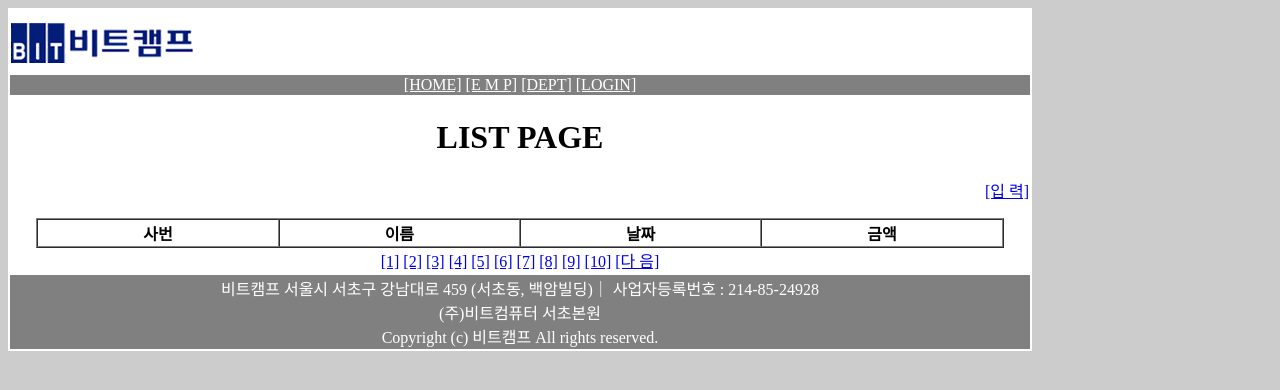
Repository: Deepsky110/LectureNotes
Page: http://localhost/web05/emp/list.jsp?page=1
These files come from the project's save history. The page is drawn as it stood at one moment and after the next save; the edit follows.
The browser window is 1280 px wide. The pictures show the whole page.
The page is served by Tomcat 9. Queries for data that is not in the repository find no rows.

Above is the page before, as saved 2020-07-03 06:07:11.

### web05/WebContent/emp/list.jsp
<%@ page language="java" contentType="text/html; charset=EUC-KR"
    pageEncoding="EUC-KR" import="java.sql.*" %>
<!DOCTYPE html PUBLIC "-//W3C//DTD HTML 4.01 Transitional//EN" "http://www.w3.org/TR/html4/loose.dtd">
<html>
<head>
<meta http-equiv="Content-Type" content="text/html; charset=EUC-KR">
<title>Insert title here</title>
</head>
<body bgcolor="#cccccc">
<%@ include file="../template/header.jspf" %>
<%@ include file="../template/menu.jspf" %>
	<h1>LIST PAGE</h1>
	<p align="right"><a href="add.jsp">[입 력]</a></p>
	<table width="95%" border="1" cellspacing="0" align="center">
		<tr>
			<th>사번</th>
			<th>이름</th>
			<th>날짜</th>
			<th>금액</th>
		</tr>
		<%
		int tot=0;
		int p = 1;
		String param = request.getParameter("page");
		if(param!=null) p = Integer.parseInt(param);


		int startNum = 1+(p-1)*10; // 01,11,21,31,41,51
		int endNum = 10+(p-1)*10; // 10,20,30,40,50
		String sql="select * from (select rownum as rn,sabun,name,nalja,pay from ";
		sql+=" (select * from emp01 order by sabun desc)) where rn between "+startNum+" and " +endNum;

		Class.forName(driver);

		try{
			conn = DriverManager.getConnection(url, user, password);
			stmt = conn.createStatement(); // statement를 connection으로부터 만들기
			rs = stmt.executeQuery("select count(*) from emp01");
			if(rs.next())tot=rs.getInt(1);

			stmt = conn.createStatement();
			rs = stmt.executeQuery(sql);
			while(rs.next()){
		%>
		<tr>
			<td><a href="#"><%=rs.getInt("sabun") %></a></td>
			<td><a href="#"><%=rs.getString("name") %></a></td>
			<td><a href="#"><%=rs.getDate("nalja") %></a></td>
			<td><a href="#"><%=rs.getInt("pay") %></a></td>
		</tr>
		<%
			}
		}
		finally {
			if(rs!=null)rs.close();
			if(stmt!=null)stmt.close();
			if(conn!=null)conn.close();
		}
		%>

		</table>
		<center>
		<!--  -->
		<%
		//int tot=151;
		//if(tot%10==0)tot=tot/10;
		//else tot=tot/10+1;

		//p=1~10   -1/10 =0   +1*10  -> limit=10;
		//p=11~20   -1/10 =1   +1*10  -> limit=20;
		//p=21~30   -1/10 =2   +1*10  -> limit=30;
		//p=31~40   -1/10 =3   +1*10  -> limit=limit;
		tot=400;  // select count(*) from emp01;
		int lang=10;
		int limit=(tot-1)/10+1;
		int start=((p-1)/10)*10;
		int end =start+lang;
		if(end>limit) end=limit;
		if(p>=lang+1){
			out.print("<a href=list.jsp?page="+(start)+">[이 전]</a>");
		}
		for(int i=start; i<end; i++){
		%>
			<a href="list.jsp?page=<%=i+1%>">[<%=i+1 %>]</a>
		<%
		}
		if(end < limit){ // 다음 출력할 것이 있다는 것
			out.print("<a href=list.jsp?page="+(end+1)+">[다 음]</a>");
		}
		%>
	</center>
<%@ include file="../template/footer.jspf" %>
</body>
</html>

### web05/WebContent/template/header.jspf
<%@ page language="java" contentType="text/html; charset=EUC-KR"
    pageEncoding="EUC-KR"%>
<%
java.sql.Connection conn = null;
java.sql.Statement stmt = null;
java.sql.ResultSet rs = null;
String driver = "oracle.jdbc.driver.OracleDriver";
String url = "jdbc:oracle:thin:@localhost:1521:xe";
String user = "scott";
String password = "tiger";
%>
<table width="1024" align="center:" bgcolor="white">
		<tr>
			<td>
			<img src="/web05/img/logo.png">
			</td>
		</tr>

### web05/WebContent/template/menu.jspf
<%@ page language="java" contentType="text/html; charset=EUC-KR"
    pageEncoding="EUC-KR"%>
		<tr>
			<td align="center" bgcolor="gray">
				<font color="white">
				<a href="/web05/index.jsp" style="color:white;">[HOME]</a>
				<a href="/web05/emp/list.jsp" style="color:white;">[E M P]</a>
				<a href="/web05/dept/list.jsp" style="color:white;">[DEPT]</a>
				<a href="/web05/login/form.jsp" style="color:white;">[LOGIN]</a>
				</font>
			</td>
		</tr>
		<tr>
			<td align="center">
				<!-- cotent start -->

### web05/WebContent/template/footer.jspf
<%@ page language="java" contentType="text/html; charset=EUC-KR"
    pageEncoding="EUC-KR"%>
				<!-- cotent end -->
			</td>
		</tr>
		<tr>
			<td bgcolor="gray" align="center">
				<font color="white">
				비트캠프 서울시 서초구 강남대로 459 (서초동, 백암빌딩)｜ 사업자등록번호 : 214-85-24928<br>
				(주)비트컴퓨터 서초본원<br>
				Copyright (c) 비트캠프 All rights reserved.<br>
				</font>
			</td>
		</tr>
	</table>

After the next save:
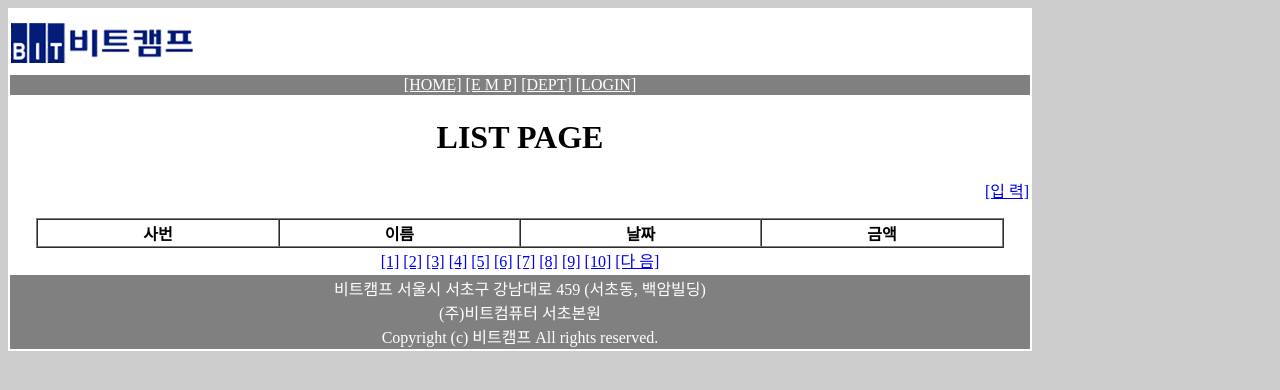
Saved 65 s later.
--- a/web05/WebContent/template/footer.jspf
+++ b/web05/WebContent/template/footer.jspf
@@ -6,7 +6,7 @@
 		<tr>
 			<td bgcolor="gray" align="center">
 				<font color="white">
-				비트캠프 서울시 서초구 강남대로 459 (서초동, 백암빌딩)｜ 사업자등록번호 : 214-85-24928<br>
+				비트캠프 서울시 서초구 강남대로 459 (서초동, 백암빌딩)<br>
 				(주)비트컴퓨터 서초본원<br>
 				Copyright (c) 비트캠프 All rights reserved.<br>
 				</font>
